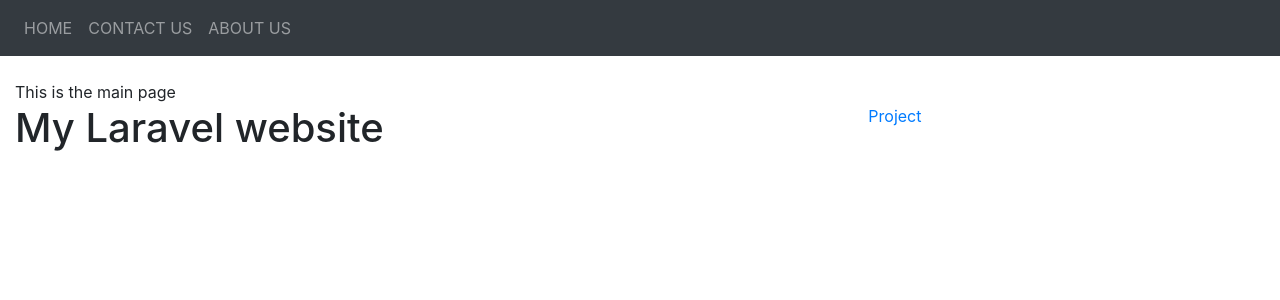
Repository: ROCKY-SAM/laravel5.7
Page: http://localhost/
The author's editor kept a copy of each file at every save. The page is drawn from the files as they stood at one save, then again after the next save.
The browser window is 1280 px wide. The pictures show the whole page.
The page is served by the project's Laravel application, run on PHP 8.4 with Laravel 8. Queries for data that is not in the repository find no rows.

Above is the page before, as saved 2018-11-11 14:45:37.

After the next save:
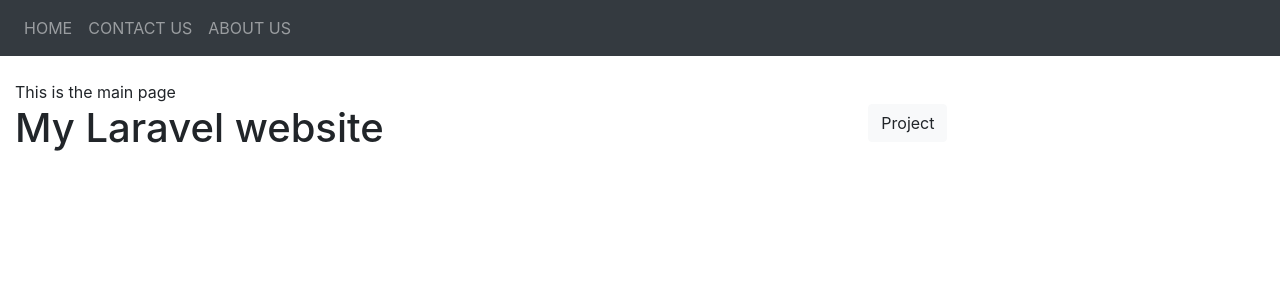
Saved 4 s later.
--- a/resources/views/welcome.blade.php
+++ b/resources/views/welcome.blade.php
@@ -10,7 +10,7 @@ This is the main page
 <br>
 <div class="row">
     <div class="col-8"> <h1>My {{ $foo }} website</h1> </div>
-    <div class="col-4"> <a href="/project/create" class="class="btn btn-light""> Project </a> </div>
+    <div class="col-4"> <a href="/project/create" class="btn btn-light"> Project </a> </div>
 </div>
 
 
